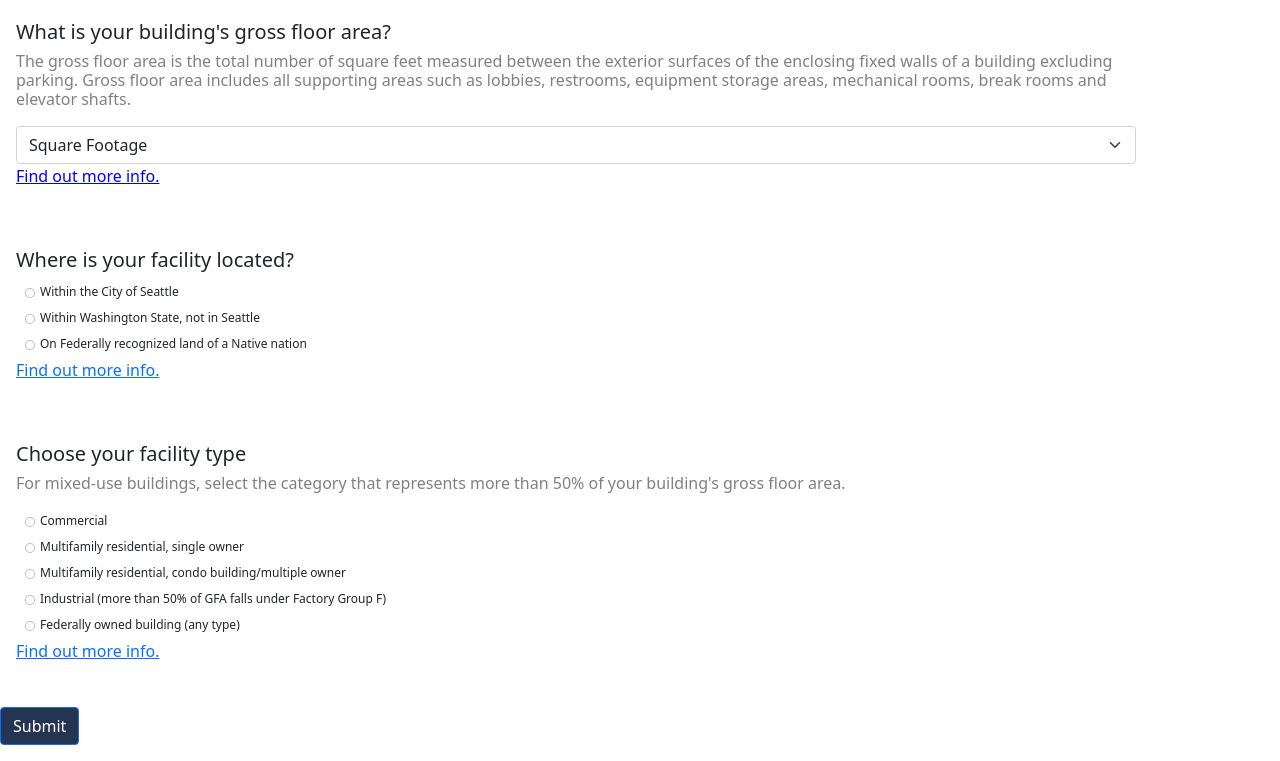
Repository: ChaidGPT/SershonSystemsQuiz
Page: index.html
The author's editor kept a copy of each file at every save. The page is drawn from the files as they stood at one save, then again after the next save.
The browser window is 1280 px wide. The pictures show the whole page.

Above is the page before, as saved 2023-07-08 16:18:17.

After the next save:
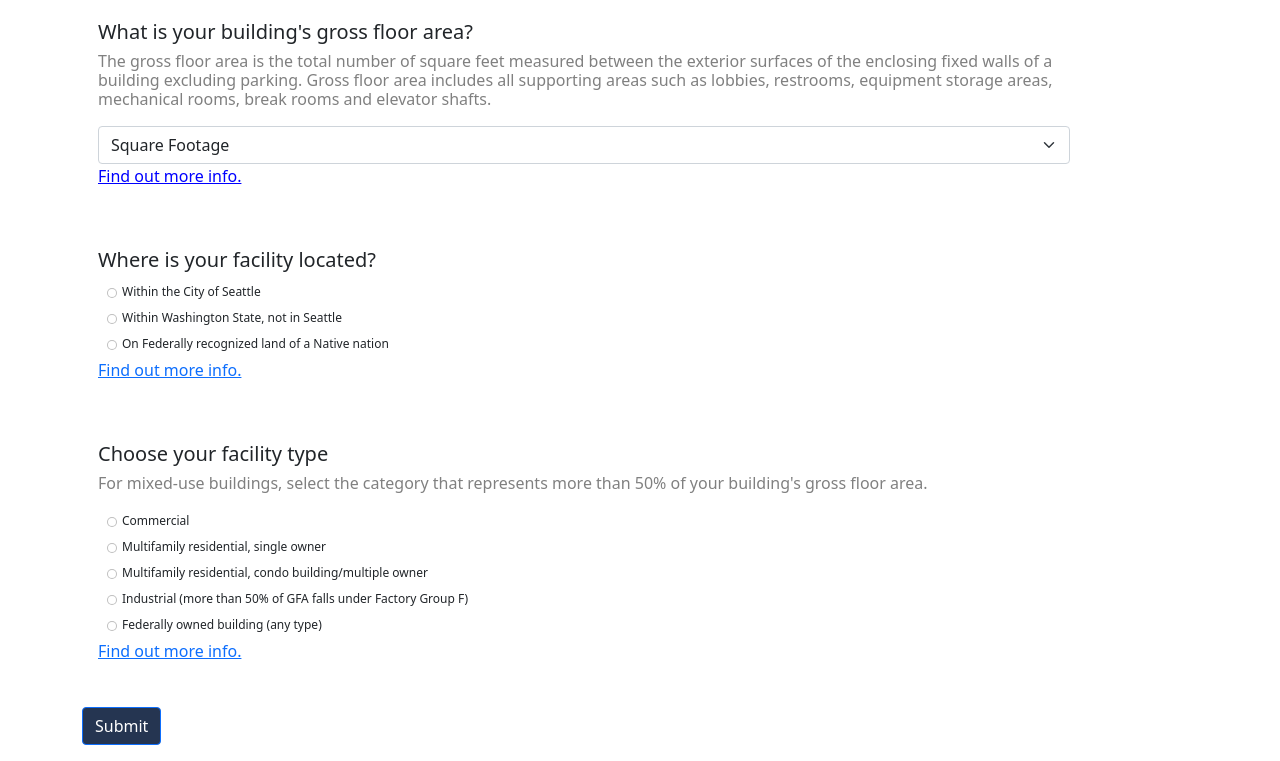
Saved 19 s later.
--- a/index.html
+++ b/index.html
@@ -50,7 +50,7 @@
 </head>
 
 <body>
-	<div id="quizContainer" class="Container">
+	<div id="quizContainer" class="container">
 		<!-- Question 1 Card -->
 		<div class="card mb-1 mt-1">
 			<div class="card-body">
